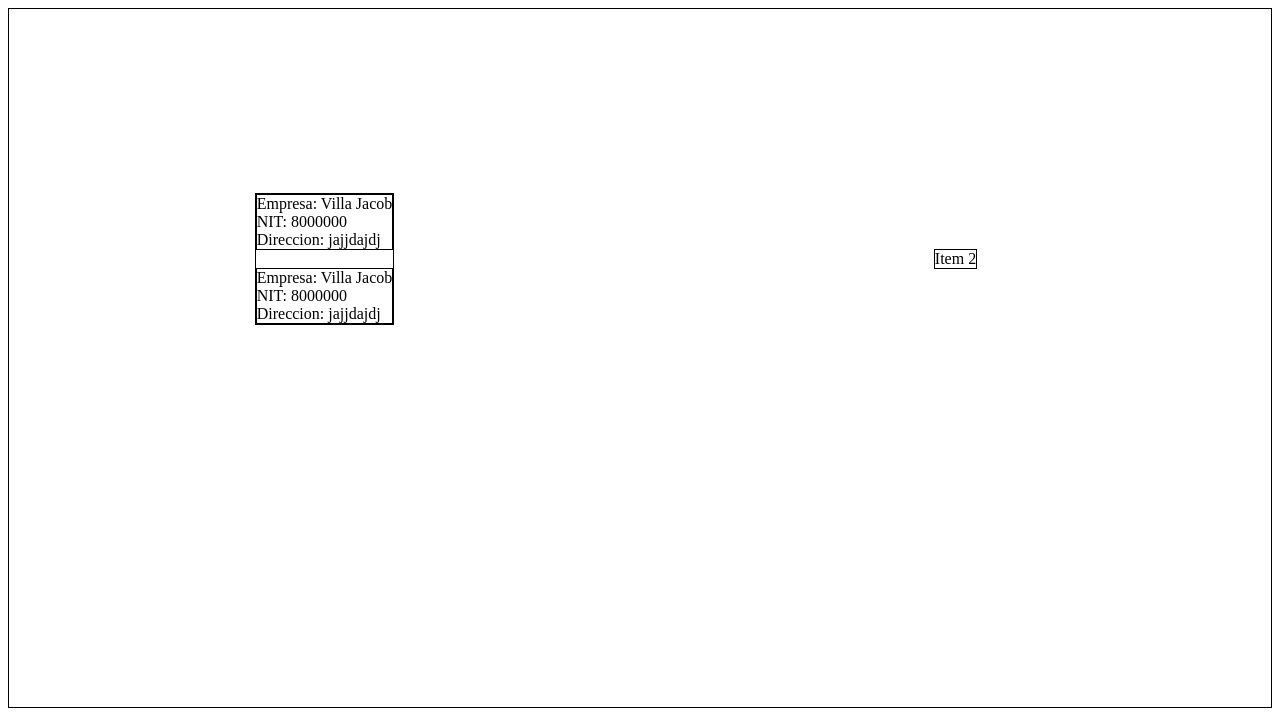
Repository: MrVanQish/FacturaEstructura
Page: index.html
These files come from the project's save history. The page is drawn as it stood at one moment and after the next save; the edit follows.
The browser window is 1280 px wide. The pictures show the whole page.

Above is the page before, as saved 2021-09-29 09:13:24.

### index.html
<!DOCTYPE html>
<html lang="en">
<head>
    <meta charset="UTF-8">
    <meta http-equiv="X-UA-Compatible" content="IE=edge">
    <meta name="viewport" content="width=device-width, initial-scale=1.0">
    <title>Document</title>
    <link rel="stylesheet" href="styles.css">
</head>
<body>

    <div class="wrapper">
        <div class="factura1">
            <div class="head-f">
                <div class="infoEmpresa-f">
                    Empresa: Villa Jacob
                    <br>
                    NIT: 8000000
                    <br>
                    Direccion: jajjdajdj
                </div>
                <br>
                <div class="infoCliente-f">
                    Empresa: Villa Jacob
                    <br>
                    NIT: 8000000
                    <br>
                    Direccion: jajjdajdj
                </div>

            </div >

                <!-- //t -->
            <div class="body-f">

            </div>
        </div>

        <div class="factura2">Item 2</div>
       </div>

</body>
</html>

### styles.css
.wrapper {
    height: 97vh;
    border: 1px solid #000;
    display: grid;
    grid-template-columns: 1fr 1fr;
    grid-template-rows: 500px;
    grid-template-areas:
      "f1 f2";
  }

  .factura1 {

    display: grid;
    grid-area: f1;
    align-self: center;
    border: 1px solid #000;
    justify-self: center;
    grid-template-areas:
      "header-f"
      "body-f table-f" ;
  }

  .factura2 {
    grid-area: f2;
    border: 1px solid #000;
    align-self: center;
    justify-self: center;
  }

@page {
    size: A4 landscape;
}


.infoEmpresa-f{

    grid-area: header-f;
    border: 1px solid #000;
    align-self: center;
    justify-self: center;

}

.infoCliente-f{
    grid-area: body-f;
    border: 1px solid #000;
    align-self: center;
    justify-self: center;
}

After the next save:
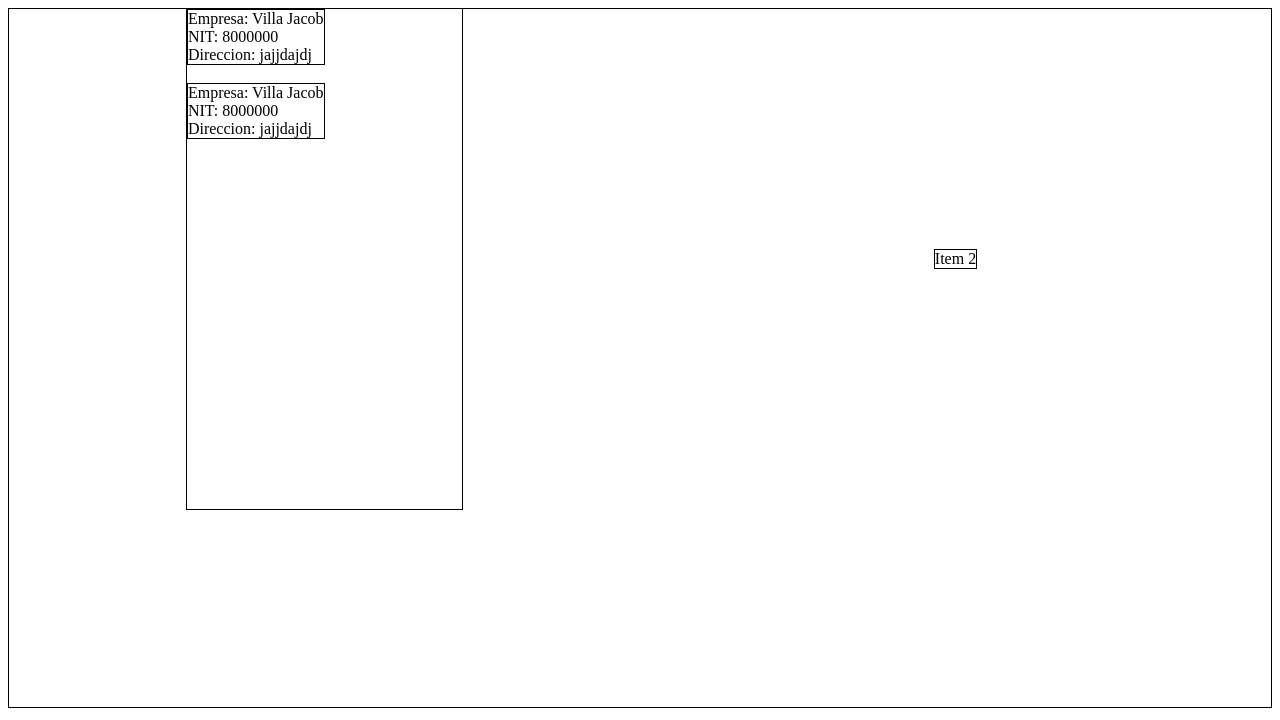
Saved 29 s later.
--- a/styles.css
+++ b/styles.css
@@ -15,6 +15,8 @@
     align-self: center;
     border: 1px solid #000;
     justify-self: center;
+    grid-template-columns: 1fr 1fr;
+    grid-template-rows: 500px;
     grid-template-areas:
       "header-f"
       "body-f table-f" ;
